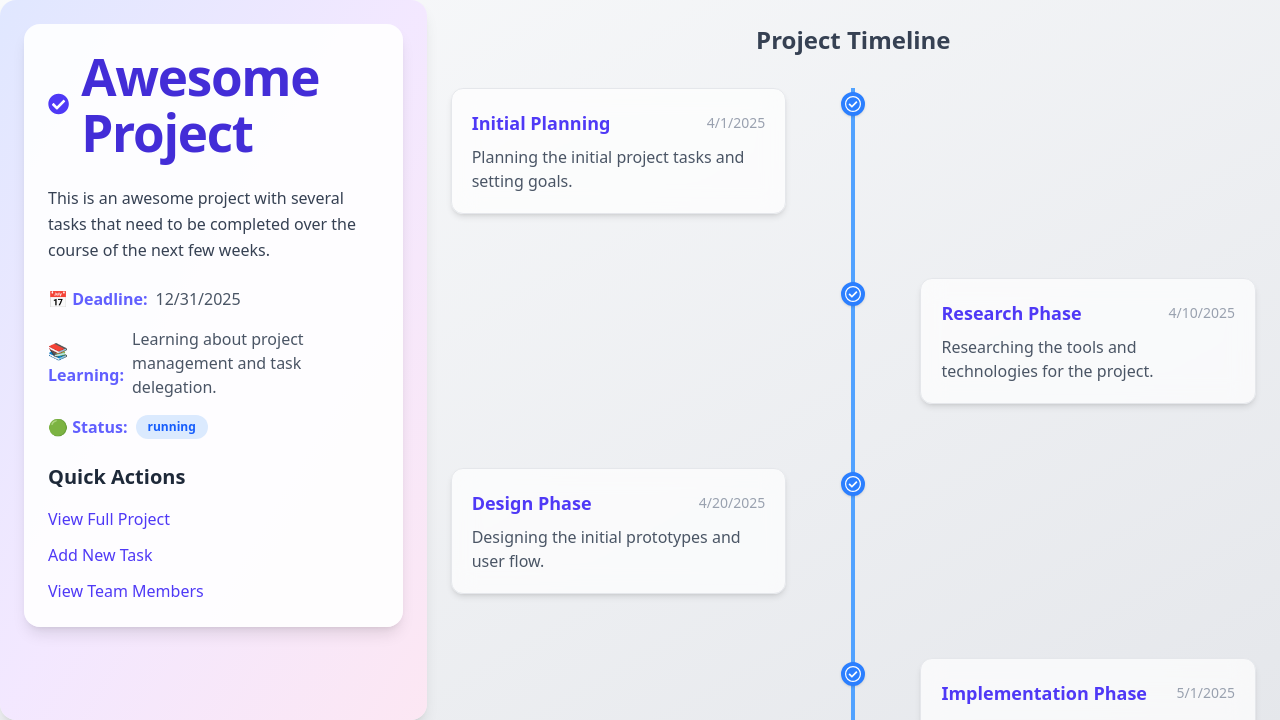
Repository: mohitagrawal0412/Workify
Page: /projectDetails (app in client/)
The author's editor kept a copy of each file at every save. The page is drawn from the files as they stood at one save, then again after the next save.
The browser window is 1280 px wide. The pictures show the whole page.
An inner scrolling area shows only its first screen. The project was rebuilt for these pictures with package versions that can differ from the ones it lists, and the page was loaded fresh each time. Also part of the build but not shown: client/vite.config.js, client/src/Components/Dashboard/Dashboard.jsx, client/src/Components/Dashboard/AllProjects.jsx, client/src/Components/Dashboard/EntryDetails.jsx, client/src/Components/Dashboard/SubEntryDetails.jsx.

Above is the page before, as saved 2025-04-15 12:35:22.

After the next save:
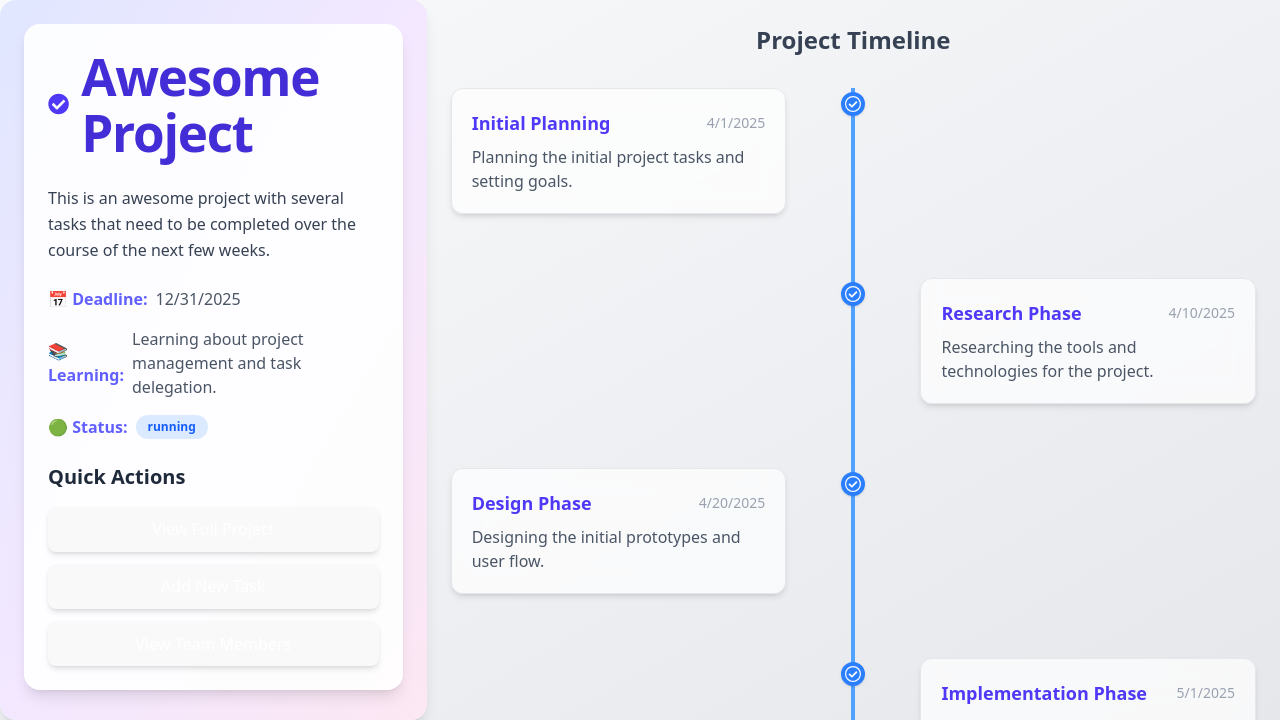
Saved 83 s later.
--- a/client/src/Components/Dashboard/ProjectDetails.jsx
+++ b/client/src/Components/Dashboard/ProjectDetails.jsx
@@ -7,6 +7,21 @@ const ProjectDetails = () => {
 
     const handleEntryClick = () => {
         navigate("/entryDetails");
+    };
+
+    const handleViewFullProject = () => {
+        // Logic to navigate to the full project details page
+        navigate("/projectOverview"); // Adjust according to your route structure
+    };
+
+    const handleAddNewTask = () => {
+        // Navigate to the page to add a new task
+        navigate("/addTask"); // Adjust according to your route structure
+    };
+
+    const handleViewTeamMembers = () => {
+        // Navigate to the team members page
+        navigate("/teamMembers"); // Adjust according to your route structure
     };
 
     const project = {
@@ -84,20 +99,29 @@ const ProjectDetails = () => {
                         </div>
                     </div>
 
-                    {/* Quick Actions */}
+                    {/* Quick Actions as Buttons */}
                     <div className="mt-6">
                         <h2 className="text-xl font-semibold text-gray-800">Quick Actions</h2>
-                        <ul className="space-y-3 mt-4">
-                            <li className="text-indigo-600 cursor-pointer hover:underline">
+                        <div className="space-y-3 mt-4">
+                            <button
+                                onClick={handleViewFullProject}
+                                className="w-full py-2 px-4 bg-indigo-600 text-white rounded-lg shadow-md hover:bg-indigo-700 transition duration-300"
+                            >
                                 View Full Project
-                            </li>
-                            <li className="text-indigo-600 cursor-pointer hover:underline">
+                            </button>
+                            <button
+                                onClick={handleAddNewTask}
+                                className="w-full py-2 px-4 bg-indigo-600 text-white rounded-lg shadow-md hover:bg-indigo-700 transition duration-300"
+                            >
                                 Add New Task
-                            </li>
-                            <li className="text-indigo-600 cursor-pointer hover:underline">
+                            </button>
+                            <button
+                                onClick={handleViewTeamMembers}
+                                className="w-full py-2 px-4 bg-indigo-600 text-white rounded-lg shadow-md hover:bg-indigo-700 transition duration-300"
+                            >
                                 View Team Members
-                            </li>
-                        </ul>
+                            </button>
+                        </div>
                     </div>
                 </div>
             </div>
